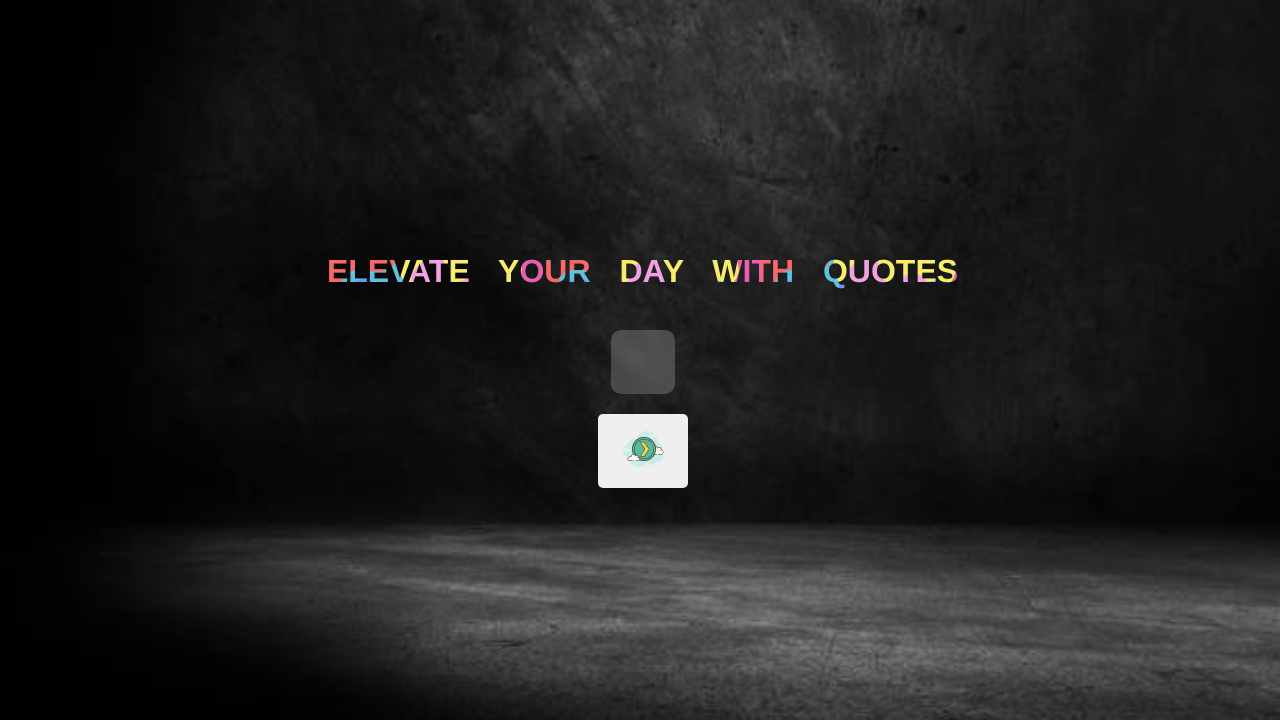
Repository: Bhavik-Sanghar/Quote-app
Page: /
These files come from the project's save history. The page is drawn as it stood at one moment and after the next save; the edit follows.
The browser window is 1280 px wide. The pictures show the whole page.
The page's requests for data from a server got no answer. The project was rebuilt for these pictures with package versions that can differ from the ones it lists, and the page was loaded fresh each time. No one was signed in, and anything a server would have sent is missing. Also part of the build but not shown: src/styles.css.

Above is the page before, as saved 2023-08-18 17:35:00.

After the next save:
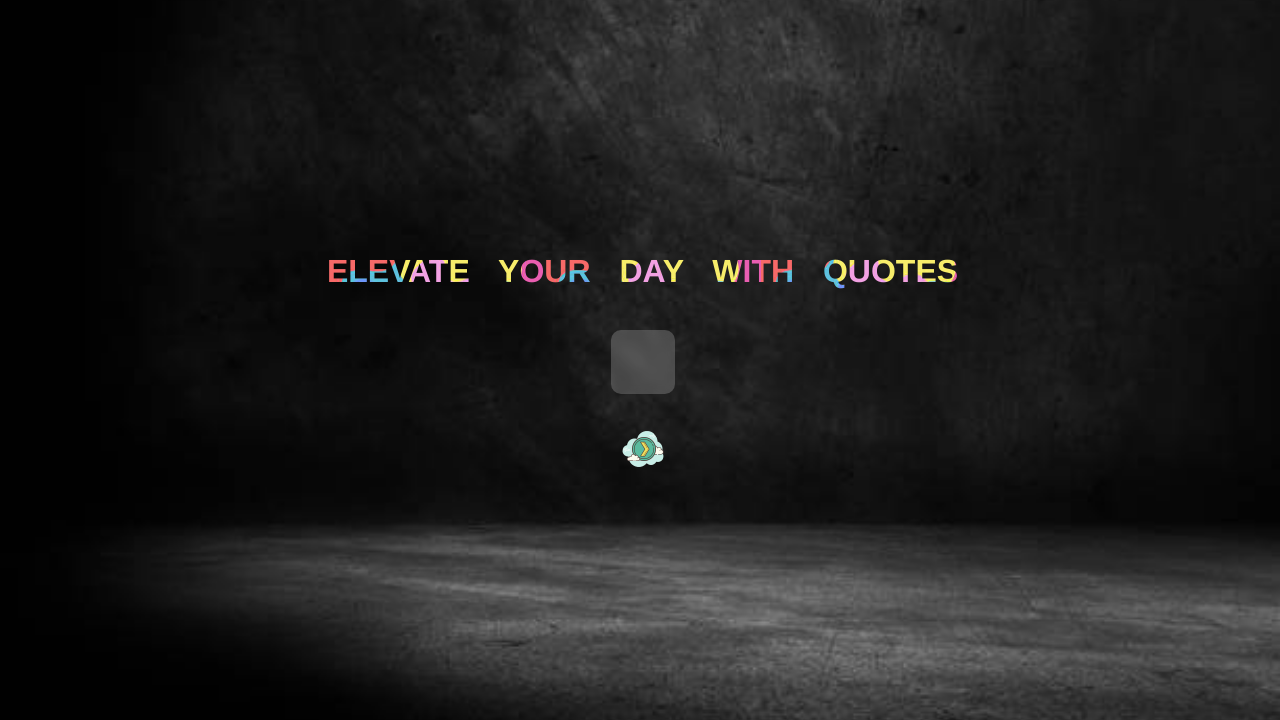
Saved 10 s later.
--- a/src/components/New.css
+++ b/src/components/New.css
@@ -53,7 +53,7 @@
 .fetch-button {
   opacity: 0;
   animation: fadeInQuotes 3s ease-in-out 1s forwards;
-  /* background-color: hsla(0, 0%, 100%, 0.2); */
+  background-color: hsla(0, 0%, 100%, 0);
   border: none;
   color: white;
   cursor: pointer;
